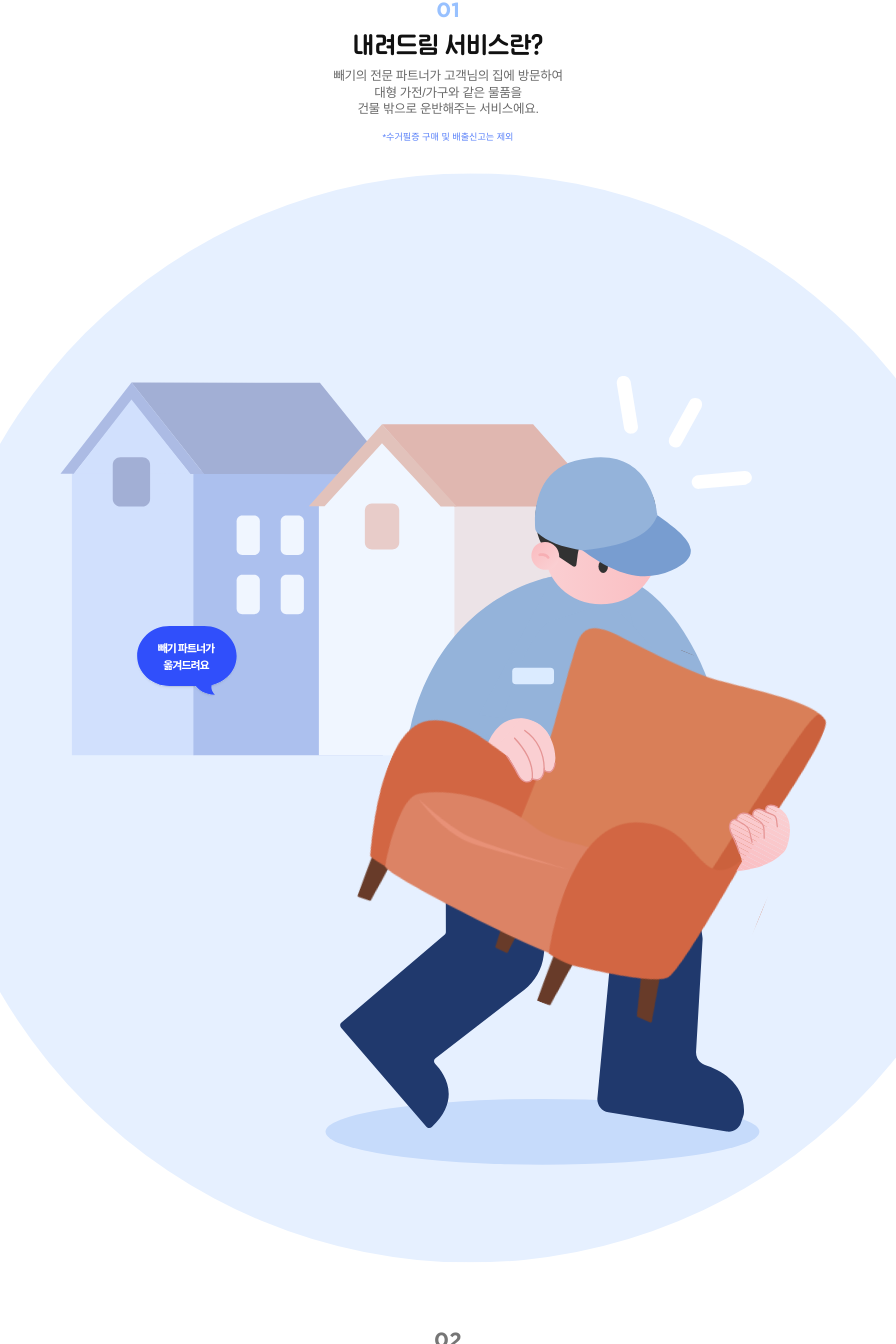
Repository: seraLeeDev/lgthinq-test
Page: index2.html
These files come from the project's save history. The page is drawn as it stood at one moment and after the next save; the edit follows.
The browser window is 1280 px wide. The pictures show the part of the page from y = 3571 to 5491 px (the page is 19258 px tall before and 19209 px after), at 70% of full size.
Some web fonts or font styles are not loaded; a fallback is used.

Above is the page before, as saved 2023-03-15 13:07:18.
Console error: ReferenceError: AOS is not defined

After the next save:
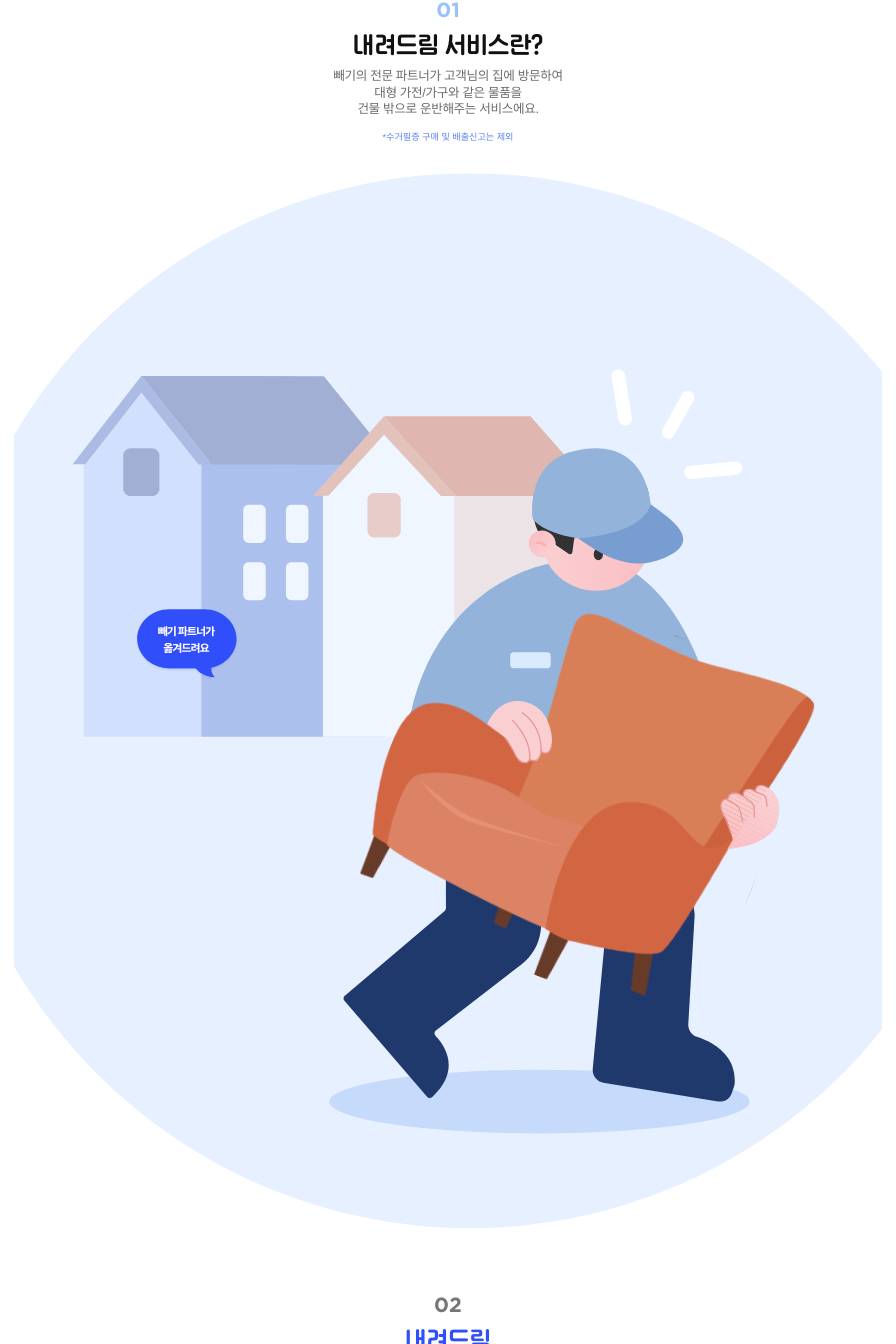
Saved 45 s later.
--- a/css/style.css
+++ b/css/style.css
@@ -215,7 +215,7 @@
   color: #fff;
 }
 .section-wrap {
-  padding: 80px 0;
+  padding: 80px 20px;
 }
 /* article 1 style */
 .section-wrap {

After the save that followed:
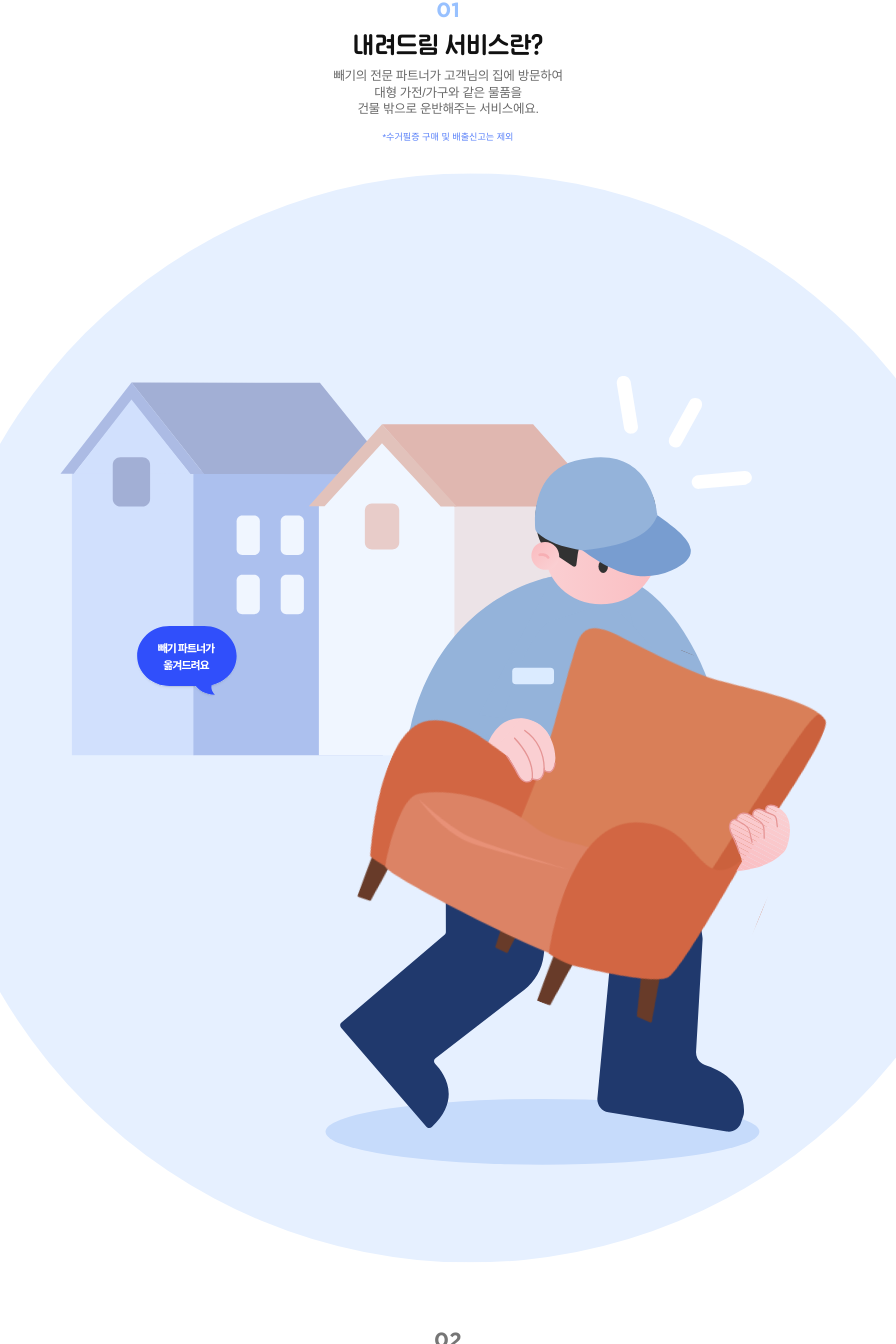
Saved 8 s later.
--- a/css/style.css
+++ b/css/style.css
@@ -215,7 +215,7 @@
   color: #fff;
 }
 .section-wrap {
-  padding: 80px 20px;
+  padding: 80px 0;
 }
 /* article 1 style */
 .section-wrap {
